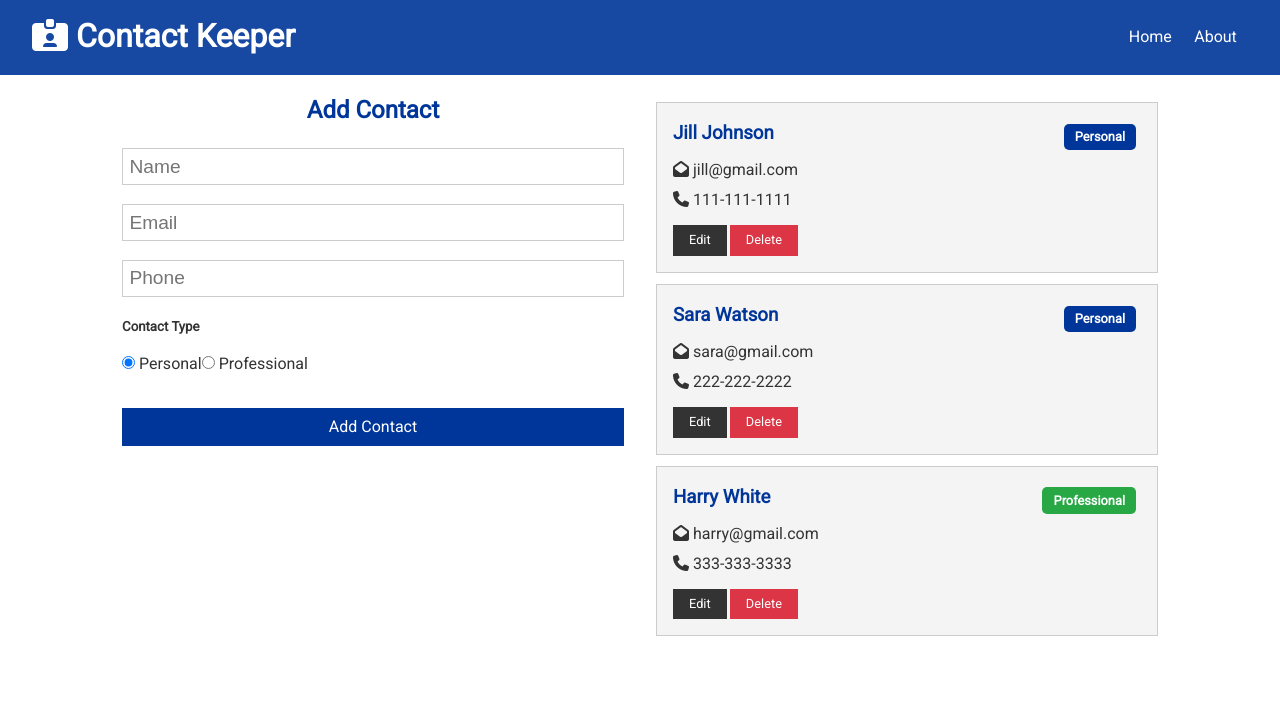
Repository: michaelm602623/contactKeeper
Page: / (app in client/)
An editor plug-in stored every save of this project. The page is shown before and after a run of saves, followed by the edit.
The browser window is 1280 px wide. The pictures show the whole page.
Some web libraries are served in a nearby version. The project was rebuilt for these pictures with package versions that can differ from the ones it lists, and the page was loaded fresh each time. A package was used in the major version that the imports need, not the one package.json lists. Also part of the build but not shown: client/src/components/pages/About.js.

Above is the page before, as saved 2019-11-21 15:24:20.

After the next 3 saves:
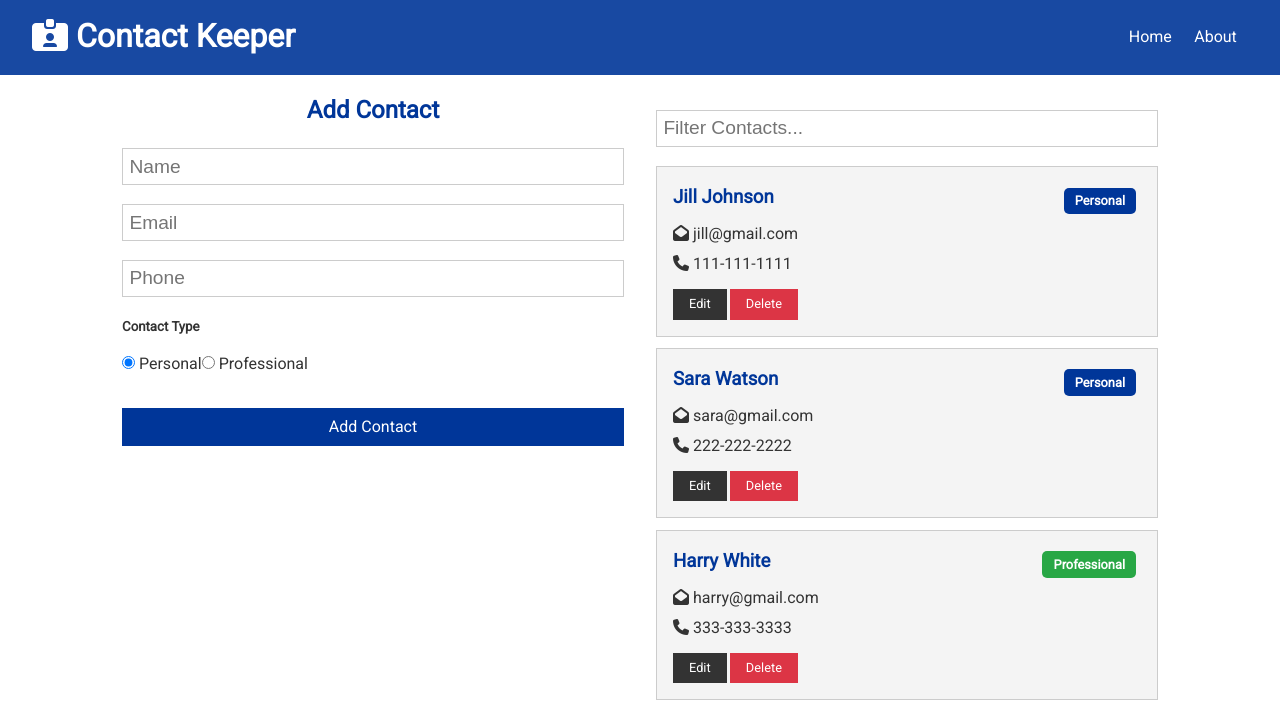
The 3 saves are shown as one change because 2 did not build or start.
The last was saved 13 min 17 s later.
--- a/client/src/components/pages/Home.js
+++ b/client/src/components/pages/Home.js
@@ -1,6 +1,7 @@
 import React from "react";
 import Contacts from "../contacts/Contacts";
 import ContactForm from "../contacts/ContactForm";
+import ContactFilter from "../contacts/ContactFilter";
 
 const Home = () => {
   return (
@@ -9,6 +10,7 @@ const Home = () => {
         <ContactForm />
       </div>
       <div>
+      <ContactFilter />
         <Contacts />
       </div>
     </div>
--- a/client/src/components/contacts/ContactFilter.js
+++ b/client/src/components/contacts/ContactFilter.js
@@ -13,13 +13,14 @@ const ContactFilter = () => {
         }
     });
 
-    const onChange = e = {
-        if(text.current.value !== '') {
-            contactContext.filterContacts(e.target.value);
-        } else {
-            clearFilter();
-        }
+  const onChange = e => {
+    if (text.current.value !== "") {
+      filterContacts(e.target.value);
+    } else {
+      clearFilter();
     }
+  };
+
 
     return (
         <form>
